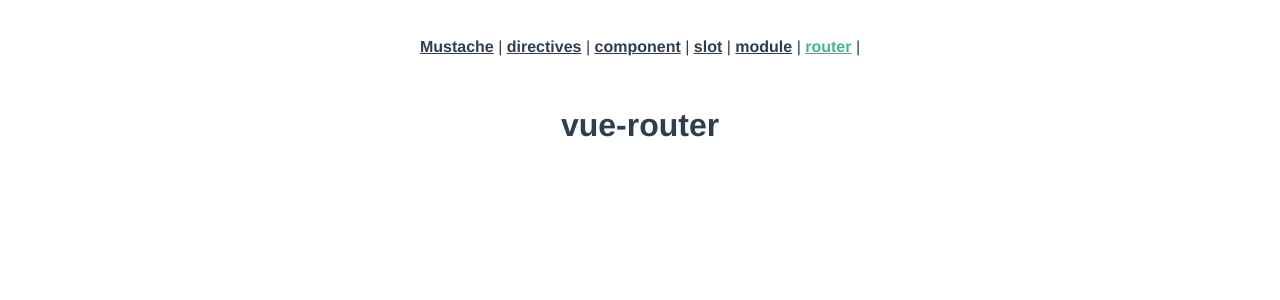
Repository: yeyanghui0616/my-vue2-learning
Page: /router
The author's editor kept a copy of each file at every save. The page is drawn from the files as they stood at one save, then again after the next save.
The browser window is 1280 px wide. The pictures show the whole page.
The project was rebuilt for these pictures with package versions that can differ from the ones it lists, and the page was loaded fresh each time. Also part of the build but not shown: src/views/Mustache.vue, src/components/globalComponent.vue.

Above is the page before, as saved 2023-08-30 22:15:48.

### src/main.js
import Vue from "vue";
import App from "./App.vue";
import router from "./router";
import store from "./store";

// 注册全局组件
import globalComponent from "./components/globalComponent";
Vue.component("globalComponent", globalComponent);

Vue.config.productionTip = false;

new Vue({
	router,
	store,
	render: (h) => h(App),
}).$mount("#app");

### src/App.vue
<template>
  <div id="app">
    <div id="nav">
      <router-link to="/">Mustache</router-link> |
      <router-link to="/directives">directives</router-link> |
      <router-link to="/component">component</router-link> |
      <router-link to="/slot">slot</router-link> |
      <router-link to="/module">module</router-link> |
      <router-link to="/router">router</router-link> |
    </div>
    <router-view />
  </div>
</template>

<style lang="scss">
#app {
  font-family: Avenir, Helvetica, Arial, sans-serif;
  -webkit-font-smoothing: antialiased;
  -moz-osx-font-smoothing: grayscale;
  text-align: center;
  color: #2c3e50;
}

#nav {
  padding: 30px;

  a {
    font-weight: bold;
    color: #2c3e50;

    &.router-link-exact-active {
      color: #42b983;
    }
  }
}
</style>

### src/router/index.js
import Vue from "vue";
import VueRouter from "vue-router";
import Mustache from "../views/Mustache.vue";

Vue.use(VueRouter);

const routes = [
	{
		path: "/",
		name: "Mustache",
		component: Mustache,
	},
	{
		path: "/directives",
		name: "directives",
		component: () => import("../views/directives.vue"),
	},
	{
		path: "/component",
		name: "component",
		component: () => import("../views/component.vue"),
	},
	{
		path: "/slot",
		name: "slot",
		component: () => import("../views/slot.vue"),
	},
	{
		path: "/module",
		name: "module",
		component: () => import("../views/module.vue"),
	},
	{
		path: "/router",
		name: "router",
		component: () => import("../views/router.vue"),
	},
];

const router = new VueRouter({
	mode: "history",
	base: process.env.BASE_URL,
	routes,
});

export default router;

### src/views/router.vue
<template>
  <div>
    <h1>vue-router</h1>
  </div>
</template>

<script>
export default {
  data() {
    return {};
  },

  methods: {},
};
</script>

<style lang="scss"></style>

Loaded but not shown: public/index.html (common file); src/store/index.js (common file)

After the next save:
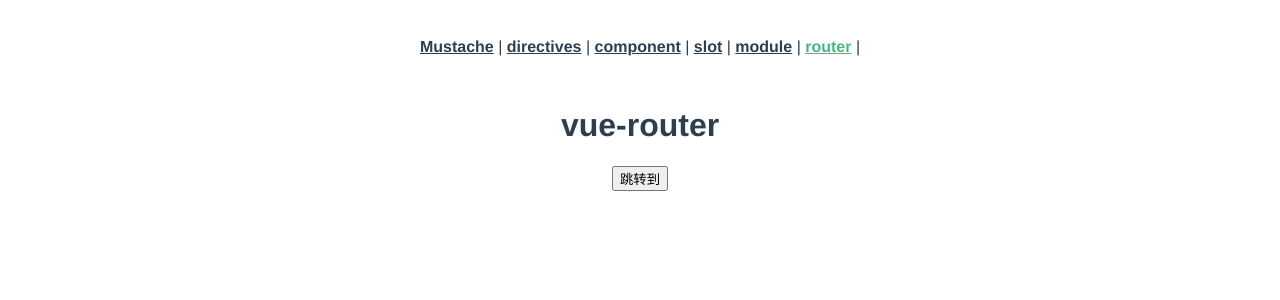
Saved 7 s later.
--- a/src/views/router.vue
+++ b/src/views/router.vue
@@ -1,6 +1,7 @@
 <template>
   <div>
     <h1>vue-router</h1>
+    <button>跳转到</button>
   </div>
 </template>
 
